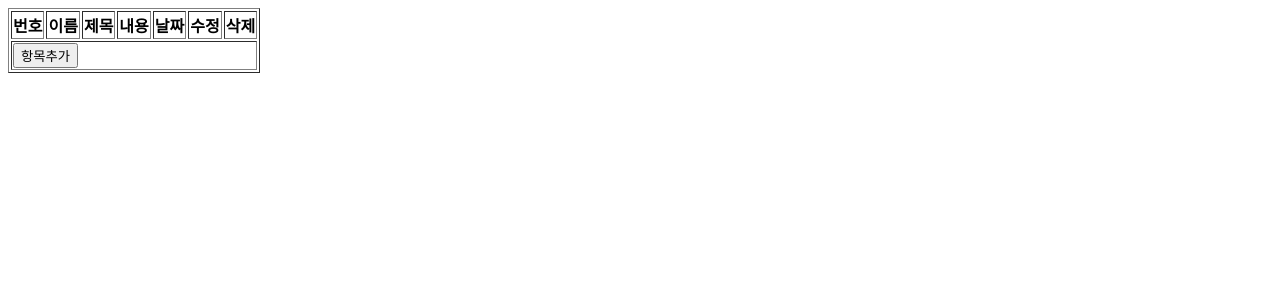
Repository: leedh909/Academy-web-
Page: http://localhost/Jsp01_MyBoard/mylist.jsp
These files come from the project's save history. The page is drawn as it stood at one moment and after the next save; the edit follows.
The browser window is 1280 px wide. The pictures show the whole page.
The page is served by Tomcat 9. Other server files are loaded and not shown. Queries for data that is not in the repository find no rows.

Above is the page before, as saved 2020-06-26 07:30:36.

### 실습자료/eclipse-servlet/Jsp01_MyBoard/WebContent/mylist.jsp
<%@ page language="java" contentType="text/html; charset=UTF-8"
    pageEncoding="UTF-8"%>
<% request.setCharacterEncoding("UTF-8");%>
<% response.setContentType("text/html; charset=UTF-8"); %>

<%@ page import="com.dao.MyBoardDao" %>
<%@ page import="com.dto.MyBoardDto" %>
<%@ page import="java.util.ArrayList" %>

<!DOCTYPE html>
<html>
<head>
<meta charset="UTF-8">
<title>Insert title here</title>
</head>
<body>
	<%
		MyBoardDao dao = new MyBoardDao();
		ArrayList<MyBoardDto> list = dao.selectall();

	%>


	<table border=1>
		<tr>
			<th>번호</th>
			<th>이름</th>
			<th>제목</th>
			<th>내용</th>
			<th>날짜</th>
			<th>수정</th>
			<th>삭제</th>
		</tr>

		<%
			for(int i=0; i<list.size();i++){
		%>
		<tr>
			<td><%=list.get(i).getMyno() %></td>
			<td><%=list.get(i).getMyname() %></td>
			<td><%=list.get(i).getMytitle() %></td>
			<td><a href="selectone.jsp?myno=<%=list.get(i).getMyno()%>"><%=list.get(i).getMycontent() %></a></td>
			<td><%=list.get(i).getMydate() %></td>
			<td><a>수정</a></td>
			<td><a>삭제</a></td>
		</tr>
		<%
			}
		%>
		<tr>
			<td colspan="7"> <input type="button" onclick="location.href='myinsert.jsp'" value="항목추가">  </td>
		</tr>


	</table>






</body>
</html>

### 실습자료/eclipse-servlet/Jsp01_MyBoard/src/com/dao/MyBoardDao.java
package com.dao;

import java.sql.Connection;
import java.sql.DriverManager;
import java.sql.PreparedStatement;
import java.sql.ResultSet;
import java.sql.SQLException;
import java.sql.Statement;
import java.util.ArrayList;

import com.dto.MyBoardDto;

public class MyBoardDao {

	Connection con = null;

	public MyBoardDao() {


		try {
			Class.forName("oracle.jdbc.driver.OracleDriver");
			System.out.println("디비 연결");
		} catch (ClassNotFoundException e) {
			System.out.println("디비 연결 실패");
			e.printStackTrace();
		}


	}

	public ArrayList<MyBoardDto> selectall() {

		try {
			con = DriverManager.getConnection("jdbc:oracle:thin:@localhost:1521:xe","KH","KH");
			System.out.println("계정 연결");
		} catch (SQLException e) {
			System.out.println("계정 연결 실패");
			e.printStackTrace();
		}

		Statement stmt = null;
		ResultSet rs = null;
		ArrayList<MyBoardDto> res = new ArrayList<>();
		String sql="SELECT * FROM MYBOARD";

		try {
			stmt= con.createStatement();

			rs=stmt.executeQuery(sql);
			System.out.println("query 준비");

			while(rs.next()) {
				MyBoardDto dto = new MyBoardDto(rs.getInt(1),rs.getString(2),rs.getString(3),rs.getString(4),rs.getDate(5));
				res.add(dto);
			}
			System.out.println("query 실행");

		} catch (SQLException e) {
			System.out.println("query 구문 실패");
			e.printStackTrace();
		}finally {
			try {
				rs.close();
				stmt.close();
				con.close();
				System.out.println("db 종료\n");
			} catch (SQLException e) {
				System.out.println("db 종료 실패");
				e.printStackTrace();
			}
		}



		return res;
	}

	public MyBoardDto selectone(int myno) {

		try {
			con=DriverManager.getConnection("jdbc:oracle:thin:@localhost:1521:xe","KH","KH");
			System.out.println("계정 연결");
		} catch (SQLException e) {
			System.out.println("계정 연결 실패");
			e.printStackTrace();
		}

		PreparedStatement pstm = null;
		ResultSet rs = null;
		MyBoardDto res = null;
		String sql = "SELECT * FROM MYBOARD WHERE MYNO=?";

		try {
			pstm= con.prepareStatement(sql);
			pstm.setInt(1, myno);
			System.out.println("query 준비");

			rs = pstm.executeQuery();
			while(rs.next()) {
				res = new MyBoardDto(rs.getInt(1),rs.getString(2),rs.getString(3),rs.getString(4),rs.getDate(5));
			}
			System.out.println("query 실행 및 리턴");


		} catch (SQLException e) {
			System.out.println("query 구문 실패");
			e.printStackTrace();
		}finally {
			try {
				rs.close();
				pstm.close();
				con.close();
				System.out.println("db 종료 \n");
			} catch (SQLException e) {
				System.out.println("db 종료 실패");
				e.printStackTrace();
			}
		}

		return res;
	}



















}

After the next save:
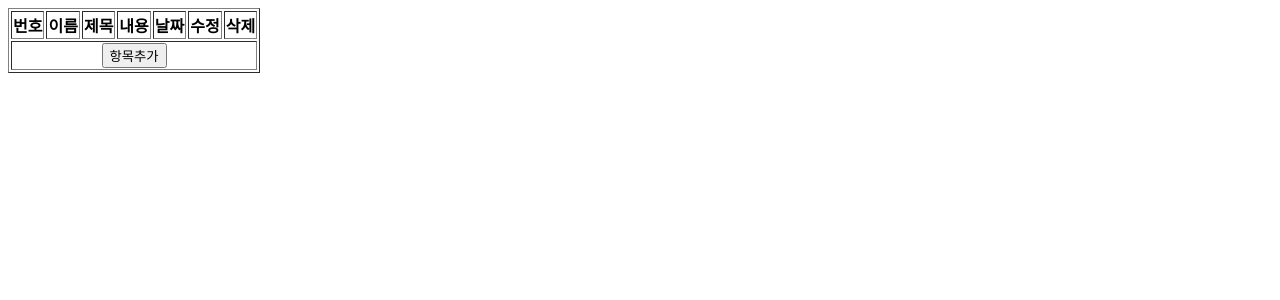
Saved 42 s later.
--- a/실습자료/eclipse-servlet/Jsp01_MyBoard/WebContent/mylist.jsp
+++ b/실습자료/eclipse-servlet/Jsp01_MyBoard/WebContent/mylist.jsp
@@ -48,7 +48,7 @@
 			}
 		%>
 		<tr>
-			<td colspan="7"> <input type="button" onclick="location.href='myinsert.jsp'" value="항목추가">  </td>
+			<td colspan="7" align="center"> <input type="button" onclick="location.href='myinsert.jsp'" value="항목추가">  </td>
 		</tr>
 
 
